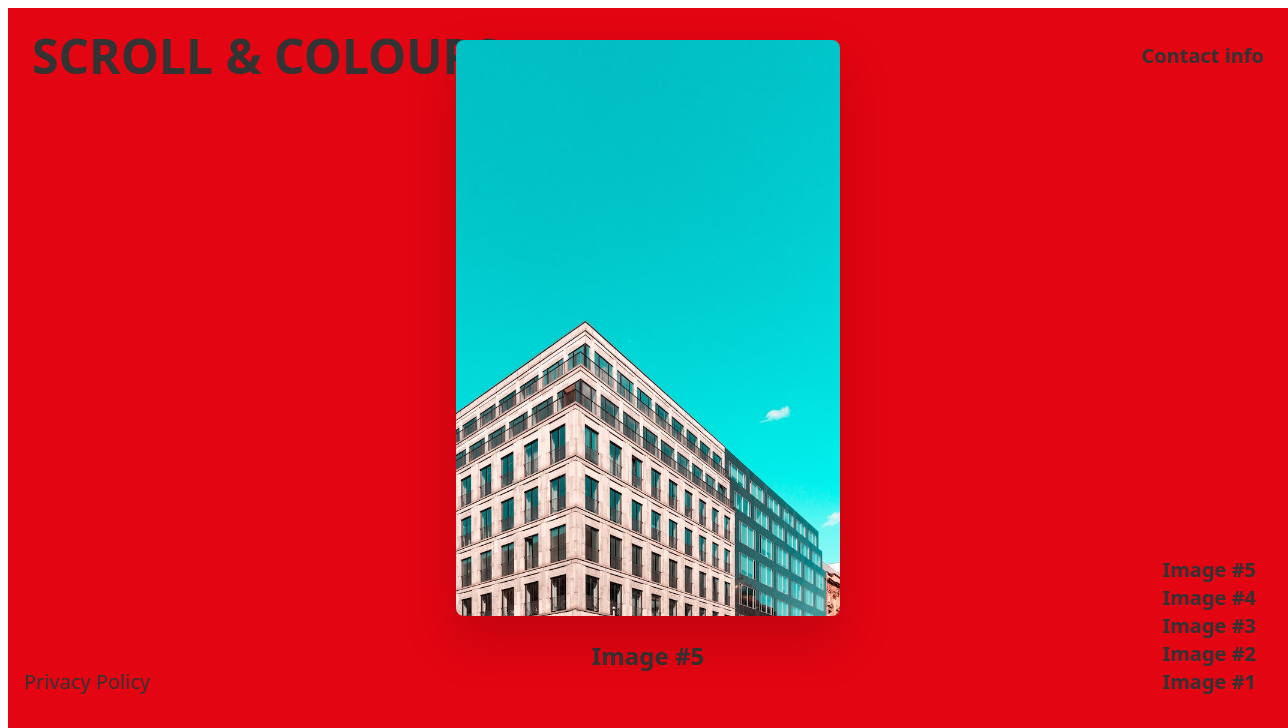
Repository: chelle-c/smooth-scroll-colours
Page: /
The author's editor kept a copy of each file at every save. The page is drawn from the files as they stood at one save, then again after the next save.
The browser window is 1280 px wide. The page is 1288 px wide, so the pictures cover 1288 px, including what lies to the right of the window. The pictures show the whole page.
An inner scrolling area shows only its first screen. The project was rebuilt for these pictures with package versions that can differ from the ones it lists, and the page was loaded fresh each time. Imported but missing from the stored project, and not drawn on this page: images.

Above is the page before, as saved 2022-09-27 19:05:20.

After the next save:
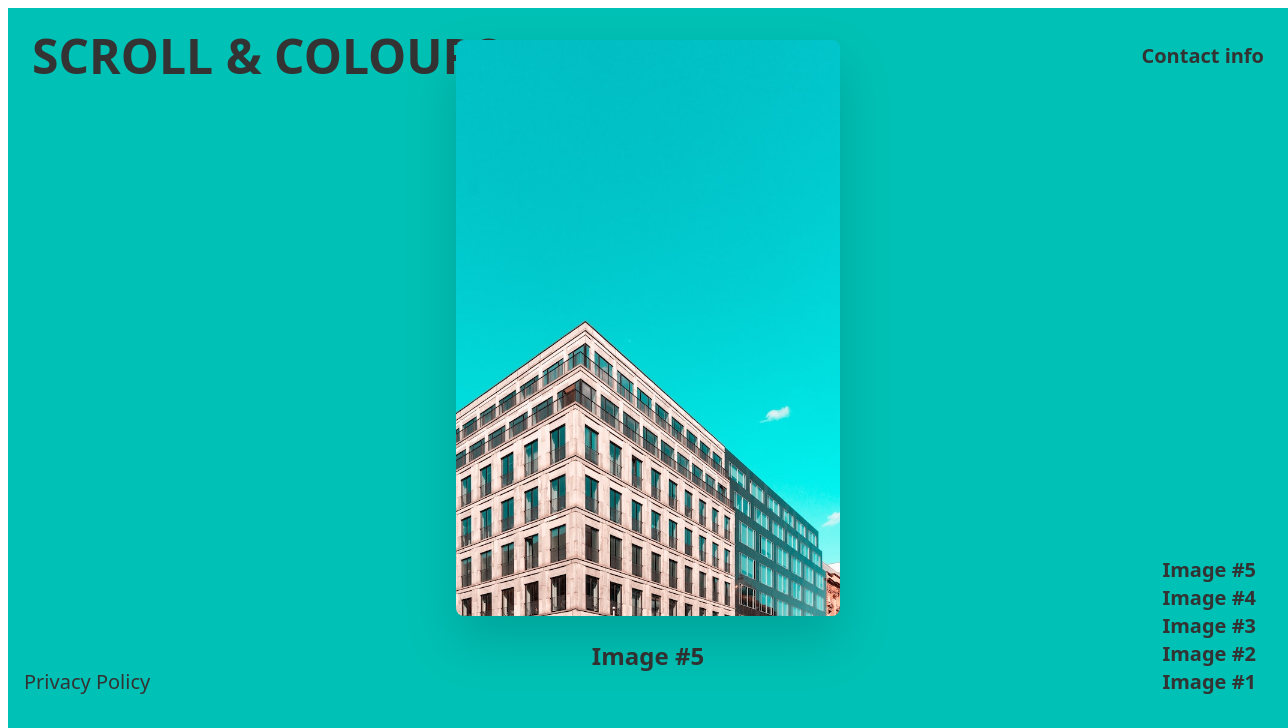
Saved 9 s later.
--- a/src/App.svelte
+++ b/src/App.svelte
@@ -13,7 +13,7 @@
 	const colours = sections.filter(section => section.colour);
 
 	let y;
-	let backgroundColour = '#e30512';
+	let backgroundColour = '#00c1b5';
 
 	let setColour = () => {
 		let colour;
